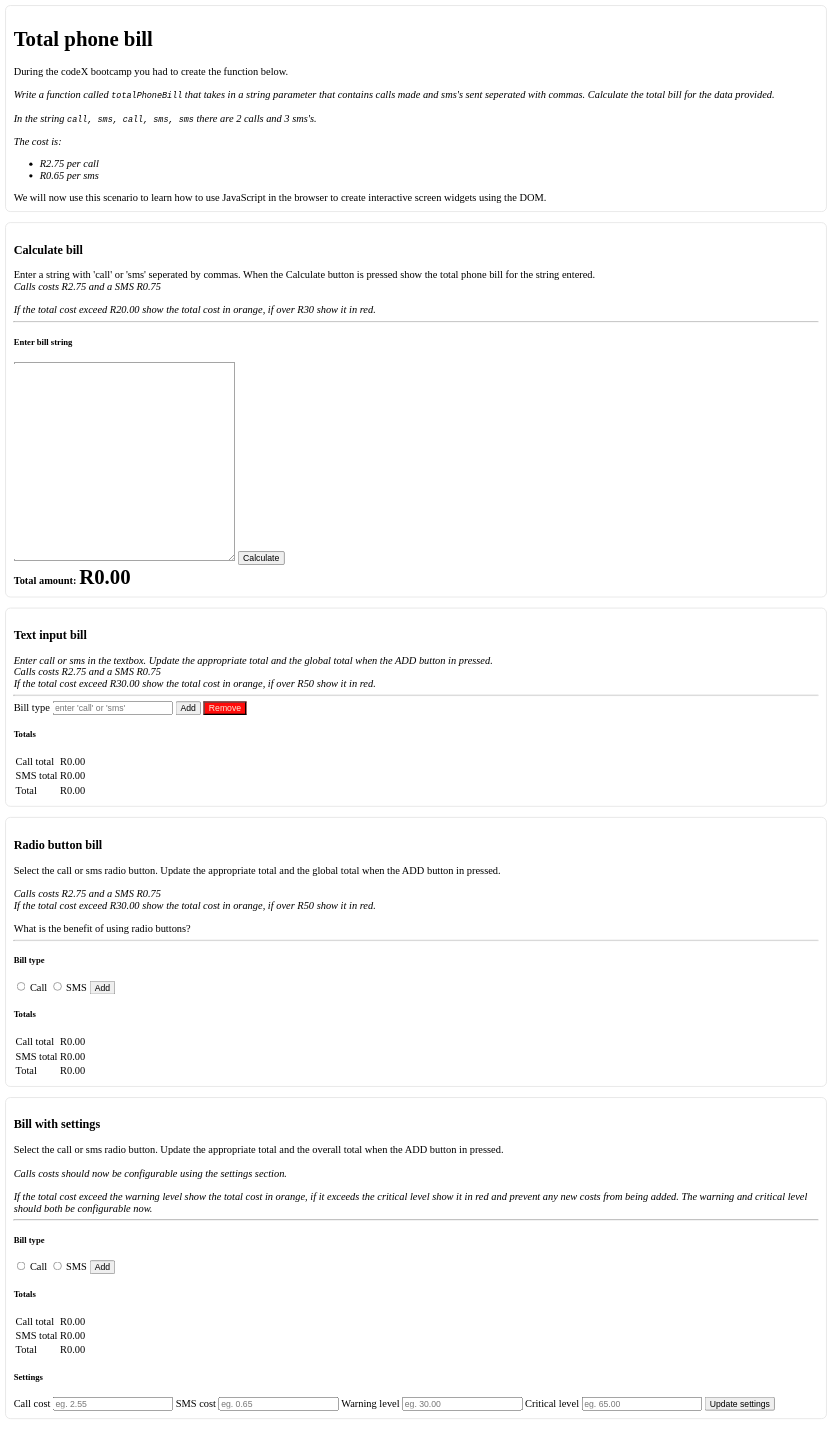
Repository: lasity34/Phone-bill
Page: index.html
These files come from the project's save history. The page is drawn as it stood at one moment and after the next save; the edit follows.
The browser window is 1280 px wide. The pictures show the whole page, at 65% of full size.
Some web libraries are served in a nearby version.

Above is the page before, as saved 2023-05-05 15:19:08.
Console error: TypeError: Cannot set properties of null (setting 'innerHTML')
Not found: css/skeleton.css

### index.html
<!DOCTYPE html>
<html>
  <head>
    <meta charset="utf-8">
    <title></title>
    <link rel="stylesheet" href="css/skeleton.css">
    <link rel="stylesheet" href="css/style.css">
    <script src="https://cdnjs.cloudflare.com/ajax/libs/handlebars.js/4.0.11/handlebars.min.js"></script>
  </head>
  <body>
    <div class="container">
      <div class="row">
        <div class="twelve columns box">
          <h1>Total phone bill</h1>

          <div class="">
            During the codeX bootcamp you had to create the function below.
          </div>

          <br>

          <div class="">
            <i>Write a function called <code>totalPhoneBill</code> that takes in a string parameter that contains calls made and sms's sent seperated with commas. Calculate the total bill for the data provided.
              <br><br>
              In the string <code>call, sms, call, sms, sms</code> there are 2 calls and 3 sms's.
              <br>
              <br>
              The cost is:
              <ul>
                <li>R2.75 per call</li>
                <li>R0.65 per sms</li>
              </ul>

            </i>
          </div>

          <div class="">
              We will now use this scenario to learn how to use JavaScript in the browser to create interactive screen widgets using the DOM.
          </div>
        </div>
      </div>
      <div class="row">
        <div class="six columns box">
          <h3>Calculate bill</h3>
          Enter a string with 'call' or 'sms' seperated by commas. When the Calculate button is pressed show the total phone bill for the string entered.

          <div class="">
            <i>Calls costs R2.75 and a SMS R0.75</i>
          </div>
          <br>
          <div class="">
            <i>If the total cost exceed R20.00 show the total cost in orange, if over R30 show it in red.</i>
          </div>

          <hr>

          <!-- billString calculateBtn billTotal -->

          <div class="row">
            <div class="eight columns">
              <h5>Enter bill string</h5>
              <textarea name="name" rows="20" cols="40"  class="billString" ></textarea>
              <button class="button-primary calculateBtn" on type="button" name="button">Calculate</button>
            </div>
            <div class="four columns">
              <strong>Total amount:</strong>
              <span class="total ">R<span class="billTotal">0.00</span> </span>
            </div>
          </div>
        </div>
        <div class="six columns box">
          <h3>Text input bill</h3>

          <div class="">
            <i>Enter call or sms in the textbox. Update the appropriate total and the global total when the ADD button in pressed.</i>
          </div>
          <div class="">
            <i>Calls costs R2.75 and a SMS R0.75</i>
          </div>

          <div class="">
            <i>If the total cost exceed R30.00 show the total cost in orange, if over R50 show it in red.</i>
          </div>
          <hr>

          <div class="row">
            <div class="six columns">

              <label for="">Bill type</label>
              <input type="text" name="" value="" placeholder="enter 'call' or 'sms' " class="billTypeText">
              <button class="button-primary addToBillBtn" type="button" name="button" >Add</button>
              <button class=" resetBtn" type="button" name="button" >Remove</button>
          </div>
            <div class="six columns">
              <h5>Totals</h5>
              <table>
                <tr>
                  <td>Call total</td>
                  <td>R<span class="callTotalOne">0.00</span></td>
                </tr>
                <tr>
                  <td>SMS total</td>
                  <td>R<span class="smsTotalOne">0.00</span></td>
                </tr>
                <tr>
                  <td>Total</td>
                  <td class="red">R<span class="totalOne">0.00</span></td>
                </tr>
              </table>
            </div>
          </div>
        </div>

      </div>
      <div class="row">
        <div class="six columns box">
          <h3>Radio button bill</h3>

          <div class="">
            Select the call or sms radio button. Update the appropriate total and the global total when the ADD button in pressed.
          </div>
          <br>
          <div class="">
            <i>Calls costs R2.75 and a SMS R0.75</i>
          </div>

          <div class="">
            <i>If the total cost exceed R30.00 show the total cost in orange, if over R50 show it in red.</i>
          </div>
          <br>
          <div class="">
            What is the benefit of using radio buttons?
          </div>

          <hr>

          <div class="row">
            <div class="six columns">
              <h5>Bill type</h5>
              <label class="">
                <input type="radio" name="billItemType" class="billItemTypeRadio" value="call">
                <span class="label-body">Call</span>
              </label>
              <label class="">
                <input type="radio" name="billItemType" class="billItemTypeRadio" value="sms">
                <span class="label-body" >SMS</span>
              </label>
              <button class="button-primary radioBillAddBtn" type="button" name="button">Add</button>
            </div>
            <div class="six columns">
                  <h5>Totals</h5>
                  <table>
                    <tr>
                      <td>Call total</td>
                      <td>R<span class="callTotalTwo">0.00</span></td>
                    </tr>
                    <tr>
                      <td>SMS total</td>
                      <td>R<span class="smsTotalTwo">0.00</span></td>
                    </tr>
                    <tr >
                      <td>Total</td>
                      <td class="orange" >R<span class="totalTwo">0.00</span></td>
                    </tr>
                  </table>
            </div>
          </div>
        </div>
        <div class="six columns box">
          <h3>Bill with settings</h3>
          <div class="">
            Select the call or sms radio button. Update the appropriate total and the overall total when the ADD button in pressed.
          </div>
          <br>
          <div class="">
            <i>Calls costs should now be configurable using the settings section.</i>
          </div>
          <br>
          <div class="">
            <i>If the total cost exceed the warning level show the total cost in orange, if it exceeds the critical level show it in red and prevent any new costs from being added. The  warning and critical level should both be configurable now.</i>
          </div>

          <hr>

          <div class="row">
            <!-- billItemTypeWithSettings -->

            <div class="six columns">
              <h5>Bill type</h5>
              <label class="">
                <input type="radio" name="billItemTypeWithSettings" class="billItemTypeWithSettings" value="call">
                <span class="label-body">Call</span>
              </label>
              <label class="">
                <input type="radio" name="billItemTypeWithSettings" class="billItemTypeWithSettings" value="sms">
                <span class="label-body" >SMS</span>
              </label>
              <button class="button-primary addBtnSetting" type="button" name="button">Add</button>

              <h5>Totals</h5>
                  <table>
                    <tr>
                      <td>Call total</td>
                      <td>R<span class="callTotalSettings">0.00</span> </td>
                    </tr>
                    <tr>
                      <td>SMS total</td>
                      <td>R<span class="smsTotalSettings">0.00</span> </td>
                    </tr>
                    <tr>
                      <td>Total</td>
                      <td> R<span class="totalSettings">0.00</span> </td>
                    </tr>
                  </table>

            </div>
            <div class="six columns">
              <h5>Settings</h5>
              <label for="exampleEmailInput">Call cost</label>
              <input class="u-full-width callCostSetting" type="number" placeholder="eg. 2.55" name="setting" >
              <label for="exampleEmailInput">SMS cost</label>
              <input class="u-full-width smsCostSetting" type="number" placeholder="eg. 0.65" name="setting">
              <label for="">Warning level</label>
              <input class="u-full-width warningLevelSetting " type="number" placeholder="eg. 30.00" class="warningLevel" name="setting" >
              <label for="">Critical level</label>
              <input class="u-full-width criticalLevelSetting" type="number" placeholder="eg. 65.00" name="setting" >
              <button class="button-primary updateSettings" type="button" name="button">Update settings</button>

            </div>
          </div>
        </div>
      </div>
    </div>
    <script type="text/x-template" class="userTemplate">
      <p class="totalCost">{{total}}</p>
  </script>
    <script src="./js/calculate-bill.js" charset="utf-8"></script>
    <script src="./js/text-bill.js" charset="utf-8"></script>
    <script src="js/radio-bill.js" charset="utf-8"></script>
    <script src="js/settings-bill.js" charset="utf-8"></script>

  </body>
</html>

<!-- billTotal -->

### css/style.css
.box {
  padding: 0.75em;
  border-radius : 0.5em;
  border : 1px solid #ddd;
  height: auto;
  margin-bottom: 1em;
}

.warning {
  color: orange;
  font-weight: bold;
}

.danger {
  color: crimson;
  font-weight: bold;
}

.total {
  font-weight: bold;
  font-size: 2em;
}

.resetBtn {
  background-color: rgb(255, 11, 11);
  color: antiquewhite;
}

### js/calculate-bill.js
//get a reference to the calculate button
const calculateBtnElement = document.querySelector(".calculateBtn")
//get a reference to the billTotal element
const billTotalElement = document.querySelector(".billTotal")
//get a reference to the billString
const billStringElement = document.querySelector(".billString")
//create the function that will be called when the calculate button is pressed
//  * this function should read the string value entered - split it on a comma.
//  * loop over all the entries in the the resulting list
//  * check if it is a call or an sms and add the right amount to the overall total
//  * once done looping over all the entries - display the total onto the screen in the billTotal element
function calculateBtnClicked () {

    const billString = billStringElement.value

    let billTotal = 0;
    const billItems = billString.split(",");

    for (let i = 0; i < billItems.length; i++) {
        const loopedBill = billItems[i]

      if (loopedBill.includes("sms")) {
          billTotal += 0.75;
      } else if(loopedBill.includes("call")) {
          billTotal += 2.75;
      }
    }

    billTotalElement.classList.remove("warning")
    billTotalElement.classList.remove("danger")


    if ( billTotal > 30 ) {
        billTotalElement.classList.add("danger")
    } else if ( billTotal > 20) {
        billTotalElement.classList.add("warning")
    }

   const roundedTotalBill = billTotal.toFixed(2);
    billTotalElement.innerHTML = roundedTotalBill
  return `R${roundedTotalBill}`

}
//link the function to a click event on the calculate button

    calculateBtnElement.addEventListener("click", calculateBtnClicked)

### js/text-bill.js
// get a reference to the textbox where the bill type is to be entered

//get a reference to the add button

//create a variable that will keep track of the total bill

//add an event listener for when the add button is pressed

//in the event listener check if the value in the bill type textbox is 'sms' or 'call'
// * add the appropriate value to the running total
// * add nothing for invalid values that is not 'call' or 'sms'.
// * display the latest total on the screen\index.html

const billTypeText = document.querySelector(".billTypeText");
const textTotalAddBtn = document.querySelector(".addToBillBtn");
const textTotalRemoveBtn = document.querySelector(".resetBtn");
const callsTotalElem = document.querySelector(".callTotalOne");
const smsTotalElem = document.querySelector(".smsTotalOne");
const totalElem = document.querySelector(".totalOne");

let callsTotal = 0;
let smsTotal = 0;

document.addEventListener("DOMContentLoaded", function () {
  const templateSource = document.querySelector(".userTemplate").innerHTML;

  const userTemplate = Handlebars.compile(templateSource);

  const userDataElem = document.querySelector(".totalBill");

  const userData = {
    users: [
      {
        username: "alan",
        firstName: "Alan",
        lastName: "Johnson",
        email: "alan@test.com",
      },
      {
        username: "allison",
        firstName: "Allison",
        lastName: "House",
        email: "allison@test.com",
      },
      {
        username: "ryan",
        firstName: "Ryan",
        lastName: "Carson",
        email: "ryan@test.com",
      },
    ],
  };

  const userDatHTML = userTemplate(userData);
  userDataElem.innerHTML = userDatHTML;
});

function textBillTotal() {
  const billTypeEntered = billTypeText.value.trim();

  if (billTypeEntered === "call") {
    callsTotal += 2.75;
  } else if (billTypeEntered === "sms") {
    smsTotal += 0.75;
  }

  callsTotalElem.innerHTML = callsTotal.toFixed(2);
  smsTotalElem.innerHTML = smsTotal.toFixed(2);
  const total = callsTotal + smsTotal;
  totalElem.innerHTML = total.toFixed(2);

  if (total > 50) {
    totalElem.classList.add("danger");
  } else if (total > 30) {
    totalElem.classList.add("warning");
  }
}

function removeTotal() {
  totalElem.innerHTML = 0;
  callsTotalElem.innerHTML = 0;
  smsTotalElem.innerHTML = 0;
  callsTotal = 0;
  smsTotal = 0;
}

textTotalAddBtn.addEventListener("click", textBillTotal);
textTotalRemoveBtn.addEventListener("click", removeTotal);

// document.addEventListener("DOMContentLoaded", function () {
//   const templateSource = document.querySelector(".userTemplate").innerHTML;

//   const userTemplate = Handlebars.compile(templateSource);

//   const userDataElem = document.querySelector(".userData");

//   const userData = {
//     users: [
//       {
//         username: "alan",
//         firstName: "Alan",
//         lastName: "Johnson",
//         email: "alan@test.com",
//       },
//       {
//         username: "allison",
//         firstName: "Allison",
//         lastName: "House",
//         email: "allison@test.com",
//       },
//       {
//         username: "ryan",
//         firstName: "Ryan",
//         lastName: "Carson",
//         email: "ryan@test.com",
//       },
//     ],
//   };

//   const userDataHTML = userTemplate(userData);
//   userDataElem.innerHTML = userDataHTML;

//   // study status
//   Handlebars.registerHelper("studyStatus", function (passingYear) {
//     if (passingYear < 2015) {
//       return "passed";
//     } else {
//       return "not passed";
//     }
//   });

// // get from template HTML
//   const templateScript = Handlebars.compile(templateSource)

//   // reference
//   const resultDataElement = document.querySelector(".resultData")

//   // data to check
//   var context = {
//     "students":[
//       {"name" : "John", "passingYear" : 2013},
//       {"name" : "Doe" , "passingYear" : 2016}
//     ]
//   }

//   //  place data in template
//   const resultDataHTML = templateScript(context)
// // display info
//   resultDataElement.innerHTML = resultDataHTML

// });

### js/radio-bill.js
// get a reference to the sms or call radio buttons

//get a reference to the add button

//create a variable that will keep track of the total bill

//add an event listener for when the add button is pressed

//in the event listener get the value from the billItemTypeRadio radio buttons
// * add the appropriate value to the running total
// * add nothing for invalid values that is not 'call' or 'sms'.
// * display the latest total on the screen


const radioBillAddBtnElement = document.querySelector(".radioBillAddBtn")

// "input[name='billItemType']:checked"
const callTotalTwoElement = document.querySelector(".callTotalTwo")
const smsTotalTwoElement = document.querySelector(".smsTotalTwo")
const totalTwoElement = document.querySelector(".totalTwo")

let smsTotalRadio = 0;
let callTotalRadio = 0;

    function calculateRadioBtn () {

        const checkedRadioBtnElement = document.querySelector("input[name='billItemType']:checked")

        if(checkedRadioBtnElement) {
          const  billItemType = checkedRadioBtnElement.value;

            if (billItemType === "call") {
                callTotalRadio += 2.75
            } else if (billItemType === "sms") {
                smsTotalRadio += 0.75
            }


        }




        smsTotalTwoElement.innerHTML = smsTotalRadio.toFixed(2);
        callTotalTwoElement.innerHTML = callTotalRadio.toFixed(2);
        const totalBill = callTotalRadio + smsTotalRadio;
        totalTwoElement.innerHTML = totalBill.toFixed(2)

        totalTwoElement.classList.remove("danger")
        totalTwoElement.classList.remove("warning")


        if(totalBill > 30) {
            totalTwoElement.classList.add("danger")
        } else if (totalBill > 20) {
            totalTwoElement.classList.add("warning")
        }

    }

    radioBillAddBtnElement.addEventListener("click", calculateRadioBtn)

### js/settings-bill.js
// get a reference to the sms or call radio buttons

// get refences to all the settings fields

//get a reference to the add button

//get a reference to the 'Update settings' button

// create a variables that will keep track of all the settings

// create a variables that will keep track of all three totals.

//add an event listener for when the 'Update settings' button is pressed

//add an event listener for when the add button is pressed

//in the event listener get the value from the billItemTypeRadio radio buttons
// * add the appropriate value to the call / sms total
// * add the appropriate value to the overall total
// * add nothing for invalid values that is not 'call' or 'sms'.
// * display the latest total on the screen.
// * check the value thresholds and display the total value in the right color.

// totals Display
const calltotalSettingsElement = document.querySelector(".callTotalSettings");
const smsTotalSettingsElement = document.querySelector(".smsTotalSettings");
const totalBillSettingsElement = document.querySelector(".totalSettings");

// Buttons
const addBtnSettingElement = document.querySelector(".addBtnSetting");
const updateBtnSettingElement = document.querySelector(".updateSettings");

// settings element
const callCostSettingEl = document.querySelector(".callCostSetting");
const smsCostSettingEl = document.querySelector(".smsCostSetting");
const warningSettingEl = document.querySelector(".warningLevelSetting");
const criticalLevelSettingEl = document.querySelector(".criticalLevelSetting");

// totals
let smsSettingTotal = 0;
let callSettingTotal = 0;

// settings updated
let callValue = 0;
let smsValue = 0;
let warningValue = 0;
let criticalValue = 0;
let totalBill = 0

function updatedSettings() {
  callValue = parseInt(callCostSettingEl.value) || 0 ;
  smsValue = parseInt(smsCostSettingEl.value);
  warningValue = parseInt(warningSettingEl.value);
  criticalValue = parseInt(criticalLevelSettingEl.value)
  totalBillSettingsElement.classList.remove("danger")
  totalBillSettingsElement.classList.remove("warning")

  if (totalBill >= criticalValue) {
    totalBillSettingsElement.classList.add("danger")
} else if (totalBill >= warningValue) {
    totalBillSettingsElement.classList.add("warning")
}


}

function totalBillWithSettings() {
  const checkedRadioBtn = document.querySelector(
    "input[name='billItemTypeWithSettings']:checked"
  );

  if (checkedRadioBtn) {
    const billItemType = checkedRadioBtn.value;

    if(totalBill < criticalValue ) {

        if (billItemType === "call") {
            callSettingTotal += callValue;
          } else if (billItemType === "sms") {
            smsSettingTotal += smsValue;
          }
    }

  }


  calltotalSettingsElement.innerHTML = callSettingTotal.toFixed(2);
  smsTotalSettingsElement.innerHTML = smsSettingTotal.toFixed(2);
  totalBill = callSettingTotal + smsSettingTotal;
  totalBillSettingsElement.innerHTML = totalBill.toFixed(2);

  totalBillSettingsElement.classList.remove("danger")
  totalBillSettingsElement.classList.remove("warning")

  if (totalBill >= criticalValue) {
        totalBillSettingsElement.classList.add("danger")
  } else if (totalBill >= warningValue) {
        totalBillSettingsElement.classList.add("warning")
  }
}

updateBtnSettingElement.addEventListener("click", updatedSettings);
addBtnSettingElement.addEventListener("click", totalBillWithSettings);

After the next save:
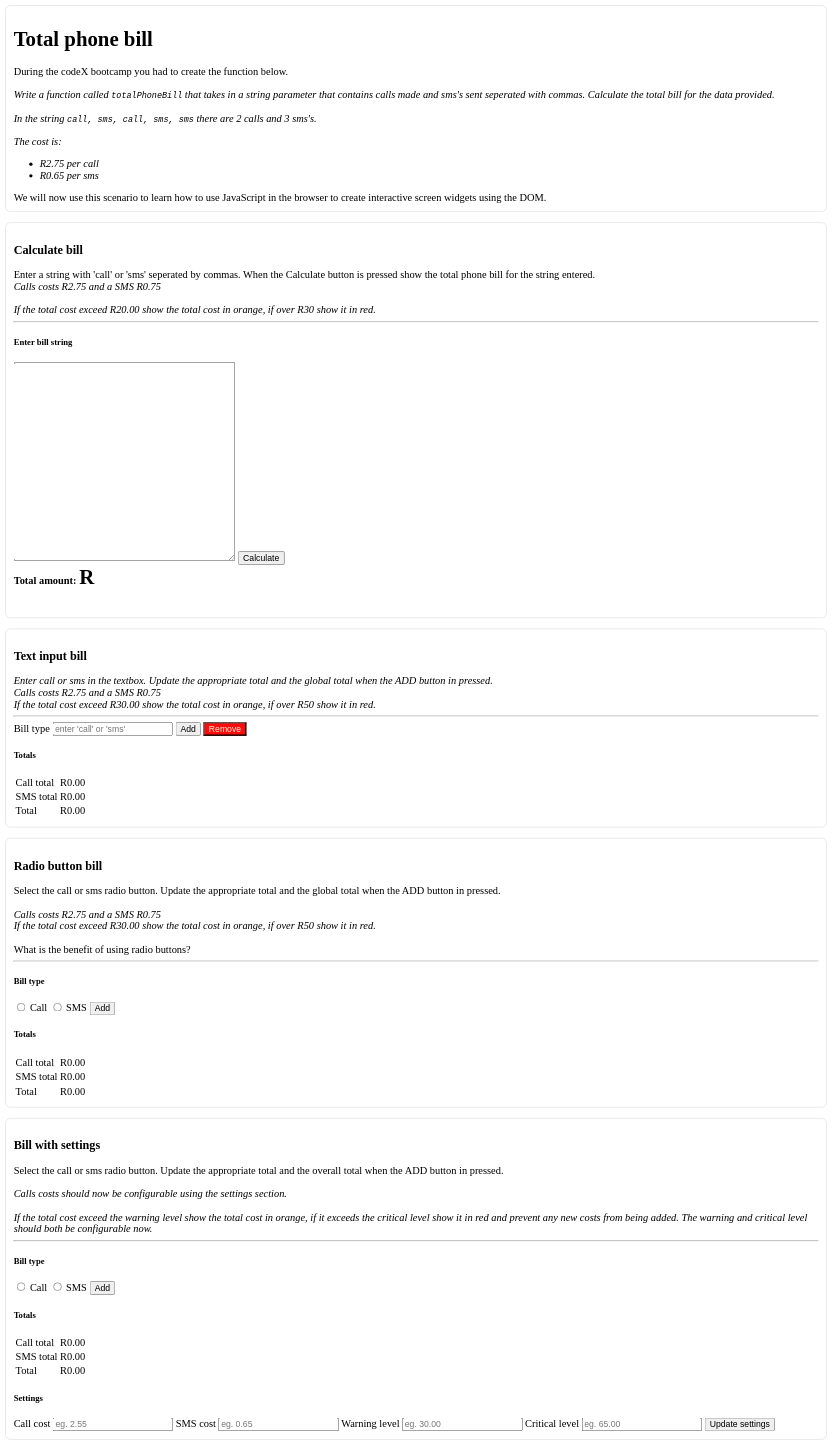
The error is gone.
Saved 31 s later.
--- a/js/text-bill.js
+++ b/js/text-bill.js
@@ -26,7 +26,7 @@ document.addEventListener("DOMContentLoaded", function () {
 
   const userTemplate = Handlebars.compile(templateSource);
 
-  const userDataElem = document.querySelector(".totalBill");
+  const userDataElem = document.querySelector(".billTotal");
 
   const userData = {
     users: [
